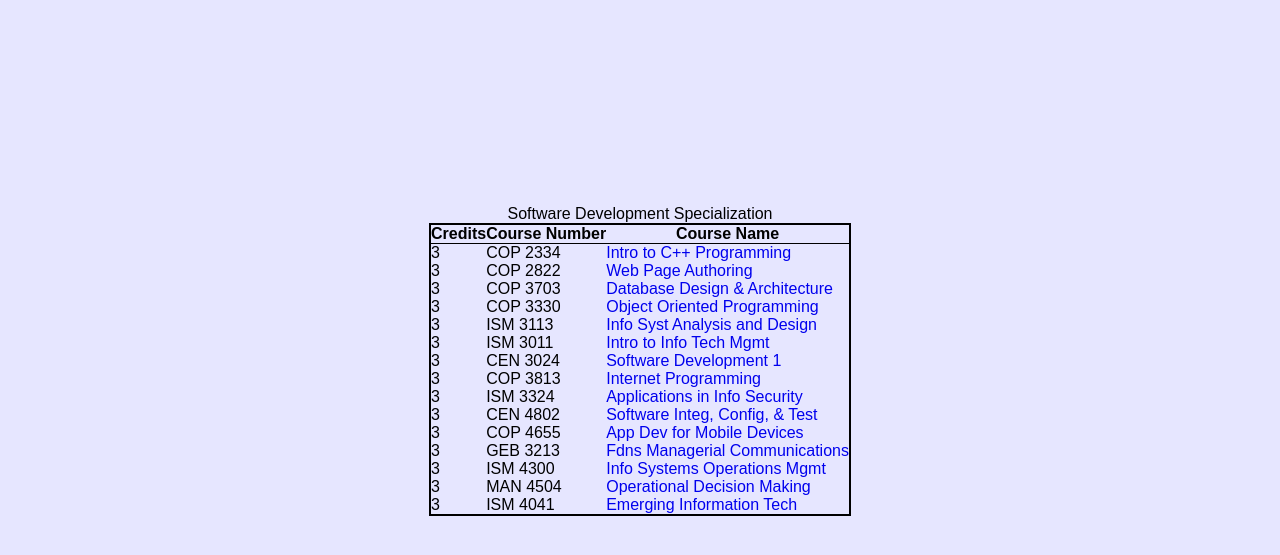
Repository: mlmEFSC21/P3-DegreeSpecializationTable
Page: index.html
These files come from the project's save history. The page is drawn as it stood at one moment and after the next save; the edit follows.
The browser window is 1280 px wide. The pictures show the whole page.
Some web fonts or font styles are not loaded; a fallback is used.

Above is the page before, as saved 2022-02-01 21:03:33.

### index.html
<!DOCTYPE html>
<html lang="en">
    <head>
        <meta charset="UTF-8" />
        <meta http-equiv="X-UA-Compatible" content="IE=edge" />
        <meta name="viewport" content="width=device-width, initial-scale=1.0" />
        <link rel="stylesheet" href="tableStyles.css" />
        <title>Degree Specialization Table</title>
    </head>
    <body>
        <table>
            <caption class="tableTitle">
                Software Development Specialization
            </caption>
            <thead>
                <tr class="colTitles">
                    <th>Credits</th>
                    <th>Course Number</th>
                    <th>Course Name</th>
                </tr>
            </thead>
            <tr>
                <td>3</td>
                <td>COP 2334</td>
                <td>
                    <a
                        href="https://bannerweb.easternflorida.edu/prod/bwckctlg.p_disp_course_detail?cat_term_in=202210&subj_code_in=COP&crse_numb_in=1000"
                        >Intro to C++ Programming</a
                    >
                </td>
            </tr>
            <tr>
                <td>3</td>
                <td>COP 2822</td>
                <td>
                    <a
                        href="https://bannerweb.easternflorida.edu/prod/bwckctlg.p_disp_course_detail?cat_term_in=202210&subj_code_in=COP&crse_numb_in=2822"
                        >Web Page Authoring</a
                    >
                </td>
            </tr>
            <tr>
                <td>3</td>
                <td>COP 3703</td>
                <td>
                    <a
                        href="https://bannerweb.easternflorida.edu/prod/bwckctlg.p_disp_course_detail?cat_term_in=202210&subj_code_in=COP&crse_numb_in=3703"
                        >Database Design & Architecture</a
                    >
                </td>
            </tr>
            <tr>
                <td>3</td>
                <td>COP 3330</td>
                <td>
                    <a
                        href="https://bannerweb.easternflorida.edu/prod/bwckctlg.p_disp_course_detail?cat_term_in=202210&subj_code_in=COP&crse_numb_in=3330"
                        >Object Oriented Programming</a
                    >
                </td>
            </tr>
            <tr>
                <td>3</td>
                <td>ISM 3113</td>
                <td>
                    <a
                        href="https://bannerweb.easternflorida.edu/prod/bwckctlg.p_disp_course_detail?cat_term_in=202210&subj_code_in=ISM&crse_numb_in=3113"
                        >Info Syst Analysis and Design</a
                    >
                </td>
            </tr>
            <tr>
                <td>3</td>
                <td>ISM 3011</td>
                <td>
                    <a
                        href="https://bannerweb.easternflorida.edu/prod/bwckctlg.p_disp_course_detail?cat_term_in=202210&subj_code_in=ISM&crse_numb_in=3011"
                        >Intro to Info Tech Mgmt</a
                    >
                </td>
            </tr>
            <tr>
                <td>3</td>
                <td>CEN 3024</td>
                <td>
                    <a
                        href="https://bannerweb.easternflorida.edu/prod/bwckctlg.p_disp_course_detail?cat_term_in=202210&subj_code_in=CEN&crse_numb_in=3024"
                        >Software Development 1</a
                    >
                </td>
            </tr>
            <tr>
                <td>3</td>
                <td>COP 3813</td>
                <td>
                    <a
                        href="https://bannerweb.easternflorida.edu/prod/bwckctlg.p_disp_course_detail?cat_term_in=202210&subj_code_in=COP&crse_numb_in=3813"
                        >Internet Programming</a
                    >
                </td>
            </tr>
            <tr>
                <td>3</td>
                <td>ISM 3324</td>
                <td>
                    <a
                        href="https://bannerweb.easternflorida.edu/prod/bwckctlg.p_disp_course_detail?cat_term_in=202210&subj_code_in=ISM&crse_numb_in=3324"
                        >Applications in Info Security</a
                    >
                </td>
            </tr>
            <tr>
                <td>3</td>
                <td>CEN 4802</td>
                <td>
                    <a
                        href="https://bannerweb.easternflorida.edu/prod/bwckctlg.p_disp_course_detail?cat_term_in=202210&subj_code_in=CEN&crse_numb_in=4802"
                        >Software Integ, Config, & Test</a
                    >
                </td>
            </tr>
            <tr>
                <td>3</td>
                <td>COP 4655</td>
                <td>
                    <a
                        href="https://bannerweb.easternflorida.edu/prod/bwckctlg.p_disp_course_detail?cat_term_in=202210&subj_code_in=COP&crse_numb_in=4655"
                        >App Dev for Mobile Devices</a
                    >
                </td>
            </tr>
            <tr>
                <td>3</td>
                <td>GEB 3213</td>
                <td>
                    <a
                        href="https://bannerweb.easternflorida.edu/prod/bwckctlg.p_disp_course_detail?cat_term_in=202210&subj_code_in=GEB&crse_numb_in=3213"
                        >Fdns Managerial Communications</a
                    >
                </td>
            </tr>
            <tr>
                <td>3</td>
                <td>ISM 4300</td>
                <td>
                    <a
                        href="https://bannerweb.easternflorida.edu/prod/bwckctlg.p_disp_course_detail?cat_term_in=202210&subj_code_in=ISM&crse_numb_in=4300"
                        >Info Systems Operations Mgmt</a
                    >
                </td>
            </tr>
            <tr>
                <td>3</td>
                <td>MAN 4504</td>
                <td>
                    <a
                        href="https://bannerweb.easternflorida.edu/prod/bwckctlg.p_disp_course_detail?cat_term_in=202210&subj_code_in=MAN&crse_numb_in=4504"
                        >Operational Decision Making</a
                    >
                </td>
            </tr>
            <tr>
                <td>3</td>
                <td>ISM 4041</td>
                <td>
                    <a
                        href="https://bannerweb.easternflorida.edu/prod/bwckctlg.p_disp_course_detail?cat_term_in=202210&subj_code_in=ISM&crse_numb_in=4041"
                        >Emerging Information Tech</a
                    >
                </td>
            </tr>
        </table>
    </body>
</html>

### tableStyles.css
@import url("https://fonts.googleapis.com/css2?family=Spectral:wght@400&display=swap");

:root {
    --clr-prime: #003c5e;
    --clr-second: #1a2028;
    --clr-accent: #8fb500;
    --clr-font-prime: #5b8ead;
    --clr-font-second: black;
    --clr-background: #e6e6ff;
}
*,
*::before,
*::after {
    margin: 0;
    padding: 0;
    box-sizing: border-box;
}
body {
    font-family: Spectral, sans-serif;
    height: 100vh;
    display: grid;
    align-items: center;
    justify-content: center;
    background-color: var(--clr-background);
}
table {
    border-collapse: collapse;
    box-shadow: 0 50px 10px rgba(0 0 0 1);
    border: 2px solid black;
    padding: 0.25rem;
}
.colTitles {
    border-bottom: 1px solid black;
}
a {
    text-decoration: none;
}

After the next save:
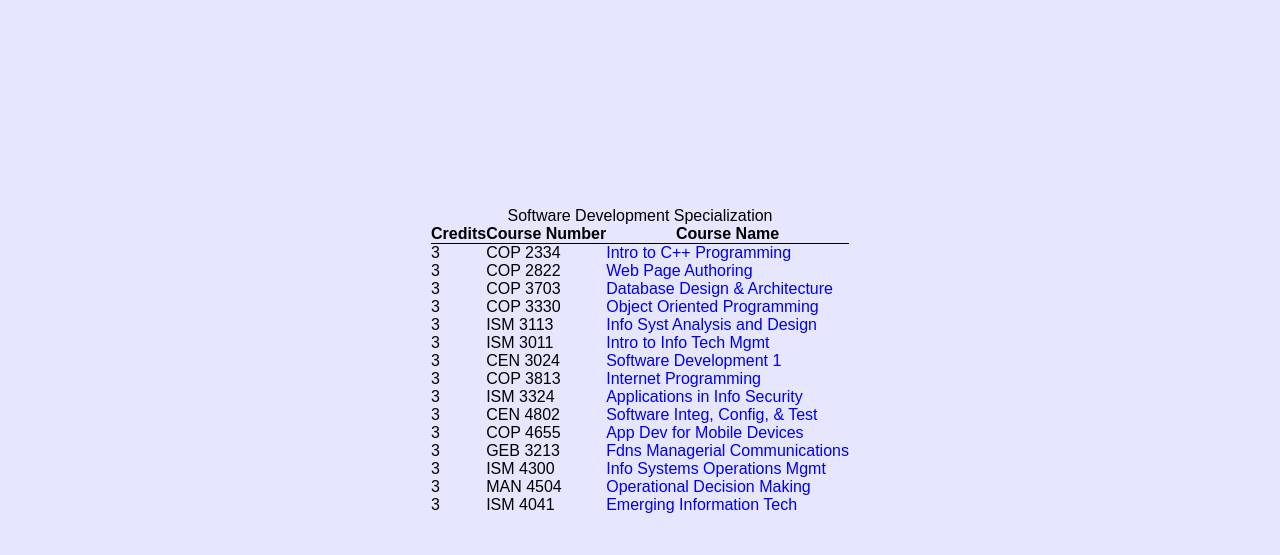
Saved 17 s later.
--- a/tableStyles.css
+++ b/tableStyles.css
@@ -26,7 +26,7 @@ body {
 table {
     border-collapse: collapse;
     box-shadow: 0 50px 10px rgba(0 0 0 1);
-    border: 2px solid black;
+    /* border: 2px solid black; */
     padding: 0.25rem;
 }
 .colTitles {
